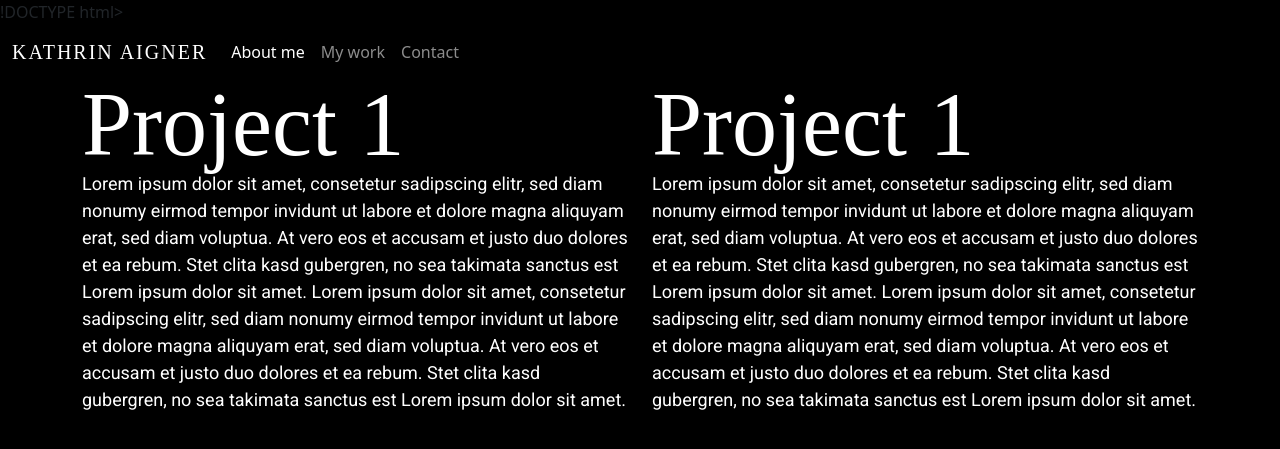
Repository: kathrin-aigner/Portfolio-2022
Page: work.html
An editor plug-in stored every save of this project. The page is shown before and after the next save, followed by the edit.
The browser window is 1280 px wide. The pictures show the whole page.
Some web fonts or font styles are not loaded; a fallback is used. Some web libraries are served in a nearby version.

Above is the page before, as saved 2022-03-28 11:44:16.

After the next save:
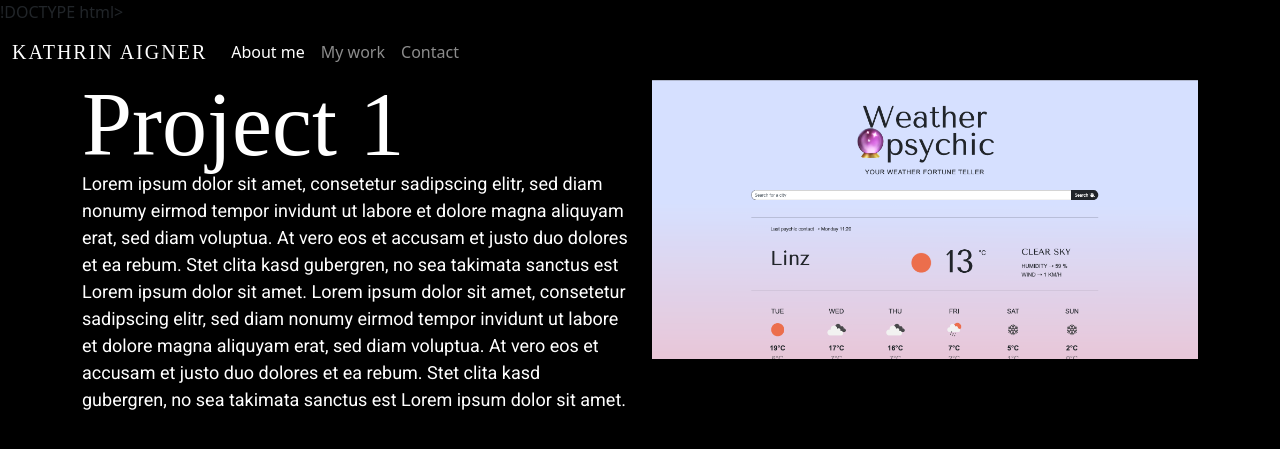
Saved 3 min 15 s later.
--- a/work.html
+++ b/work.html
@@ -80,11 +80,9 @@
          </div>
        </div>
         <div class="col-6">
-          <div class="header-page">
-           Project 1
-         </div>
-         <div class="page-section">
-           Lorem ipsum dolor sit amet, consetetur sadipscing elitr, sed diam nonumy eirmod tempor invidunt ut labore et dolore magna aliquyam erat, sed diam voluptua. At vero eos et accusam et justo duo dolores et ea rebum. Stet clita kasd gubergren, no sea takimata sanctus est Lorem ipsum dolor sit amet. Lorem ipsum dolor sit amet, consetetur sadipscing elitr, sed diam nonumy eirmod tempor invidunt ut labore et dolore magna aliquyam erat, sed diam voluptua. At vero eos et accusam et justo duo dolores et ea rebum. Stet clita kasd gubergren, no sea takimata sanctus est Lorem ipsum dolor sit amet.
+
+         <img src="/images/wheater psychic.png" alt="preview of the weather psychic homepage" class="project-preview img-fluid">
+
          </div>
        </div>
      </div>
